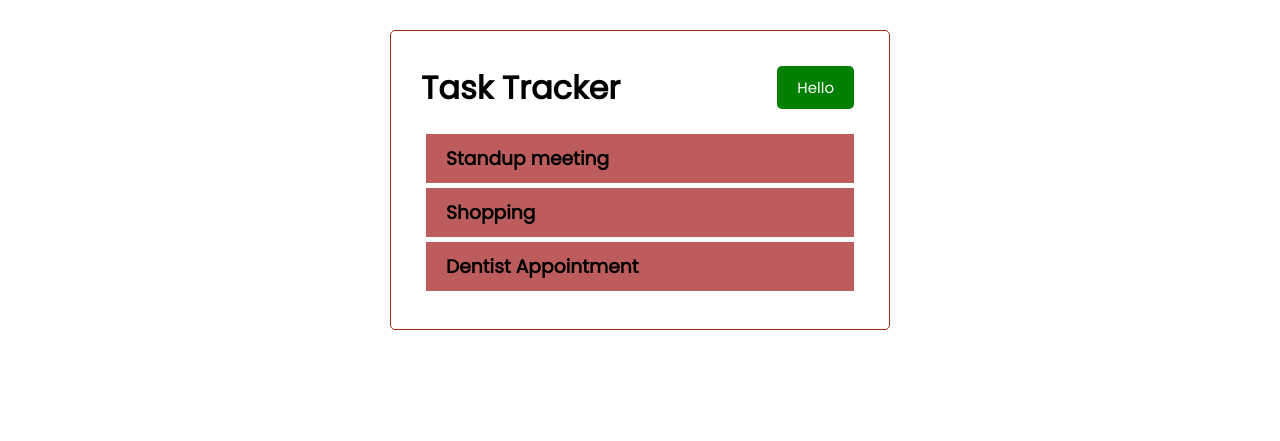
Repository: NIMRAH97/React-Strap-Test
Page: /
An editor plug-in stored every save of this project. The page is shown before and after the next save, followed by the edit.
The browser window is 1280 px wide. The pictures show the whole page.
The project was rebuilt for these pictures with package versions that can differ from the ones it lists, and the page was loaded fresh each time.

Above is the page before, as saved 2021-05-22 16:25:25.

### src/index.css
@import url('https://fonts.googleapis.com/css2?family=Poppins:wght@300;400&display=swap');

* {
  box-sizing: border-box;
  margin: 0;
  padding: 0;
}

body {
  font-family: 'Poppins', sans-serif;
}

.container {
  max-width: 500px;
  margin: 30px auto;
  overflow: auto;
  min-height: 300px;
  border: 1px solid rgb(165, 44, 23);
  padding: 30px;
  border-radius: 5px;
}

.header {
  display: flex;
  justify-content: space-between;
  align-items: center;
  margin-bottom: 20px;
}

.btn {
  display: inline-block;
  background: #000;
  color: #fff;
  border: none;
  padding: 10px 20px;
  margin: 5px;
  border-radius: 5px;
  cursor: pointer;
  text-decoration: none;
  font-size: 15px;
  font-family: inherit;
}

.btn:focus {
  outline: none;
}

.btn:active {
  transform: scale(0.98);
}

.btn-block {
  display: block;
  width: 100%;
}

.task {
  background: #bd5c5c;
  margin: 5px;
  padding: 10px 20px;
  cursor: pointer;
}

.task.reminder {
  border-left: 5px solid green;
}

.task h3 {
  display: flex;
  align-items: center;
  justify-content: space-between;
}

.add-form {
  margin-bottom: 40px;
}

.form-control {
  margin: 20px 0;
}

.form-control label {
  display: block;
}

.form-control input {
  width: 100%;
  height: 40px;
  margin: 5px;
  padding: 3px 7px;
  font-size: 17px;
}

.form-control-check {
  display: flex;
  align-items: center;
  justify-content: space-between;
}

.form-control-check label {
  flex: 1;
}

.form-control-check input {
  flex: 2;
  height: 20px;
}

footer {
  margin-top: 30px;
  text-align: center;
}

### src/App.js
import { useState } from 'react';
import Header from './components/Header';
import Tasks from './components/Tasks';

const App = () => {
    const [tasks, setTasks] = useState([
        {
            id: 1,
            text: "Standup meeting",
            day: '23rd May, 2021',
            reminder: true

        },
        {
            id: 2,
            text: "Shopping",
            day: '24th May, 2021',
            reminder: true

        },
        {
            id: 3,
            text: "Dentist Appointment",
            day: '3rd June, 2021',
            reminder: false

        }

    ])
    return (
        <div className='container'>
            <Header />
            <Tasks tasks={tasks} />
        </div>
    )
}

export default App;

### src/components/Header.js
import PropTypes from 'prop-types'
import Button from './Button'
const Header = ({ title }) => {
    const onClick = () => {
        console.log("click triggered")
    }
    return (
        <header className="header">
            <h1>{title}</h1>
            <Button color="green" text='Hello' onClick={onClick} />
        </header>
    )
}

Header.defaultProps = {
    title: "Task Tracker",
}
Header.propTypes = {
    title: PropTypes.string.isRequired,
}
export default Header

### src/components/Tasks.js
import Task from './Task'
const Tasks = ({ tasks }) => {
    return (
        <>
            {tasks.map((task) => (
                <Task key={task.id} task={task} />
            ))}
        </>
    )
}

export default Tasks

### src/components/Button.js
import PropTypes from 'prop-types'

const Button = ({ color, text, onClick }) => {

    return <button onClick={onClick} style={{ backgroundColor: color }} className='btn'>{text}</button>
}

Button.defaultProps = {
    color: 'steelBlue',
}
Button.propTypes = {
    text: PropTypes.string,
    color: PropTypes.string,
    onClick: PropTypes.func,
}

export default Button

### src/components/Task.js

const Task = ({ task }) => {
    return (
        <div className='task'>
            <h3>{task.text}</h3>

        </div>
    )
}

export default Task

Loaded but not shown: public/index.html (common file); src/index.js (common file); src/reportWebVitals.js (common file)

After the next save:
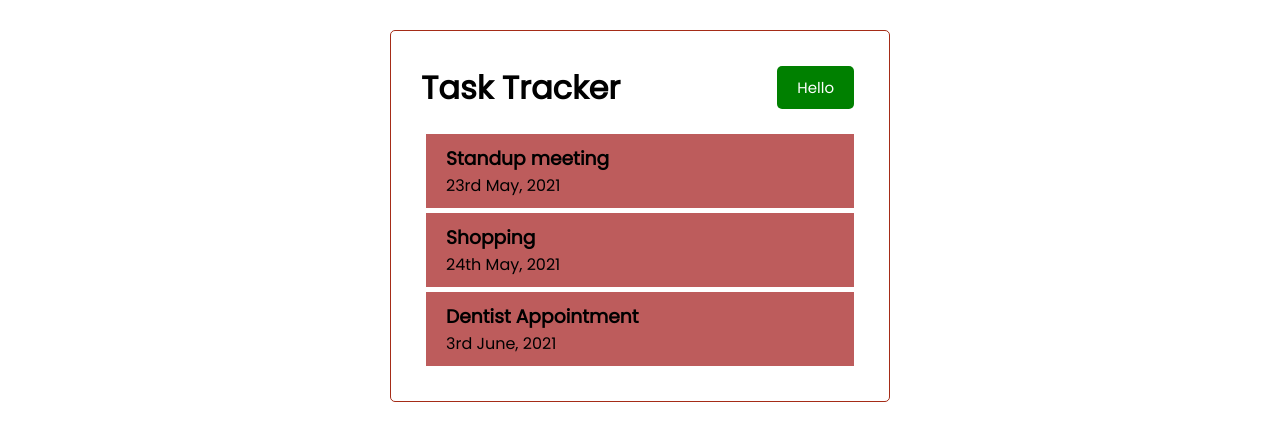
Saved 36 s later.
--- a/src/components/Task.js
+++ b/src/components/Task.js
@@ -3,6 +3,7 @@ const Task = ({ task }) => {
     return (
         <div className='task'>
             <h3>{task.text}</h3>
+            <p>{task.day}</p>
 
         </div>
     )
